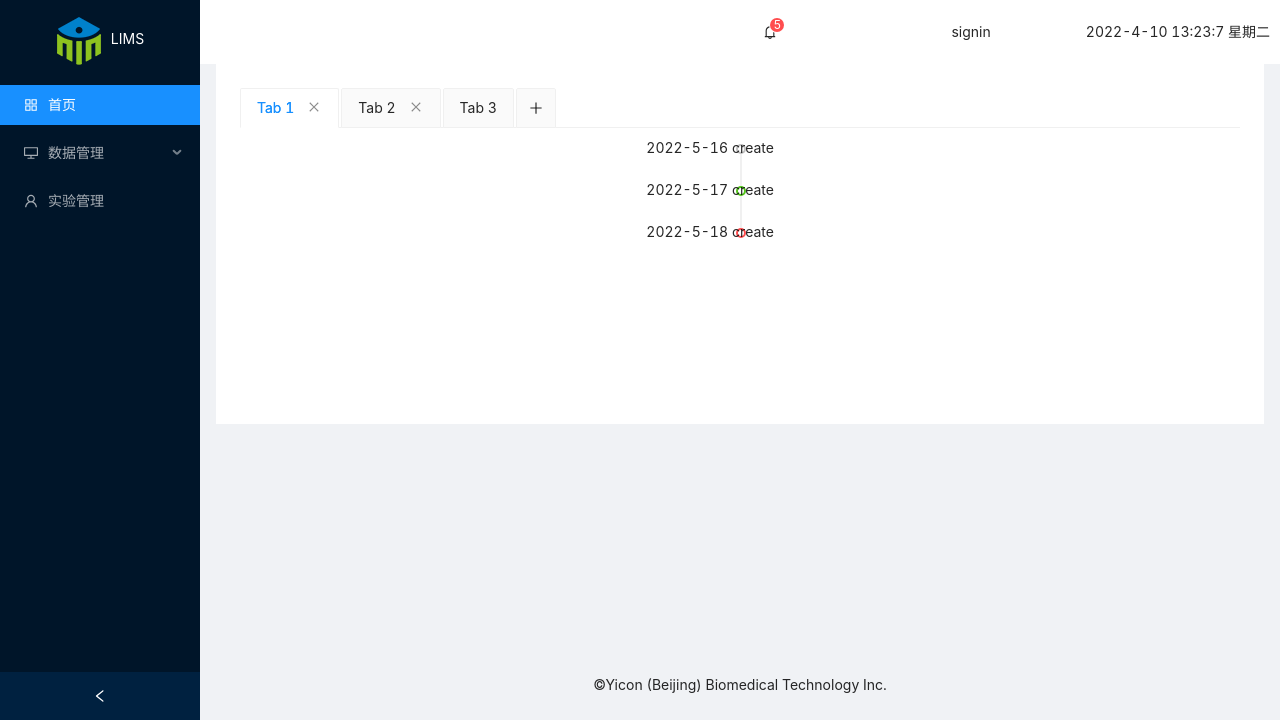
Repository: cornerdream/lims
Page: /experiment
The author's editor kept a copy of each file at every save. The page is drawn from the files as they stood at one save, then again after the next save.
The browser window is 1280 px wide. The pictures show the whole page.
The project was rebuilt for these pictures with package versions that can differ from the ones it lists, and the page was loaded fresh each time. Also part of the build but not shown: src/components/core/home.js, src/components/core/signin.js, src/components/core/moreOrder.js, src/components/core/moreSample.js, src/components/core/moreReport.js, src/components/core/moreProject.js, src/components/core/moreResources.js, src/components/views/data.js and 2 more.

Above is the page before, as saved 2022-05-18 14:26:43.

After the next save:
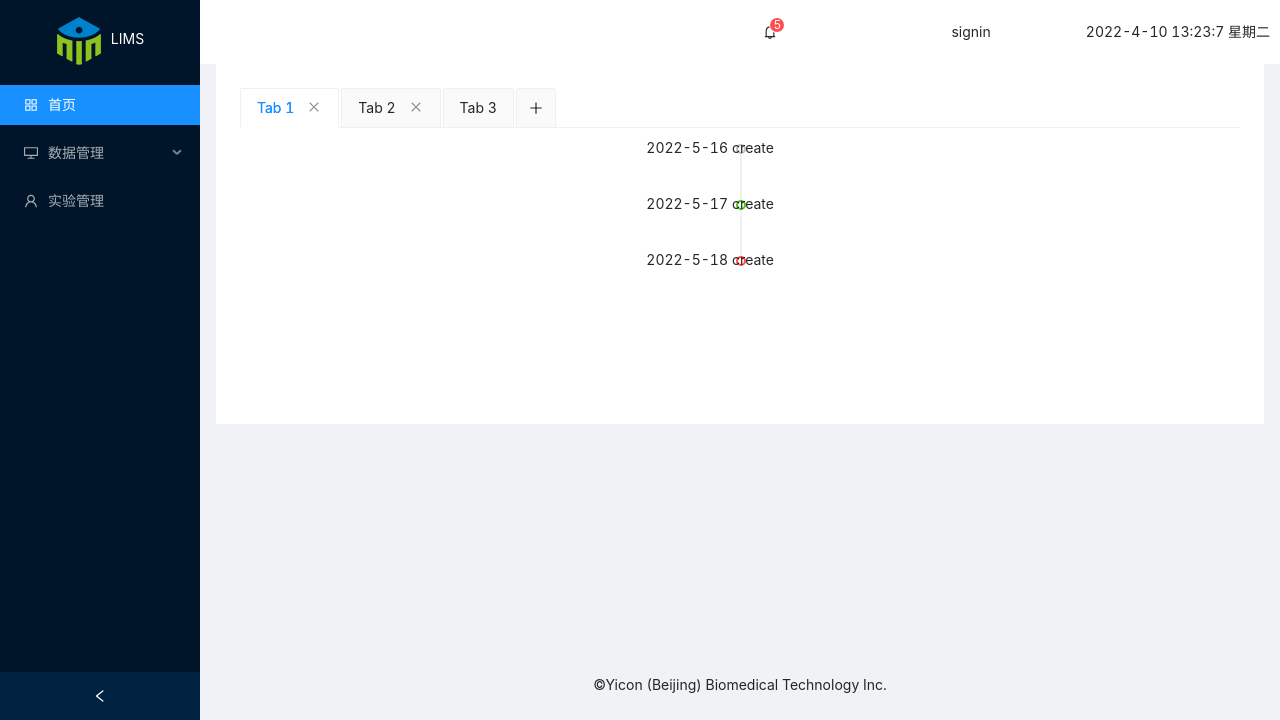
Saved 63 s later.
--- a/src/components/core/timeline.js
+++ b/src/components/core/timeline.js
@@ -31,7 +31,7 @@ class Time extends Component{
             <>
              <Timeline>
                 {data.map(item=>{
-                    return <Timeline.Item label={item.label} color={item.color} >{item.title}</Timeline.Item>
+                    return <Timeline.Item label={item.label} color={item.color} ><p>{item.title}</p></Timeline.Item>
                 })}
 
              </Timeline>
